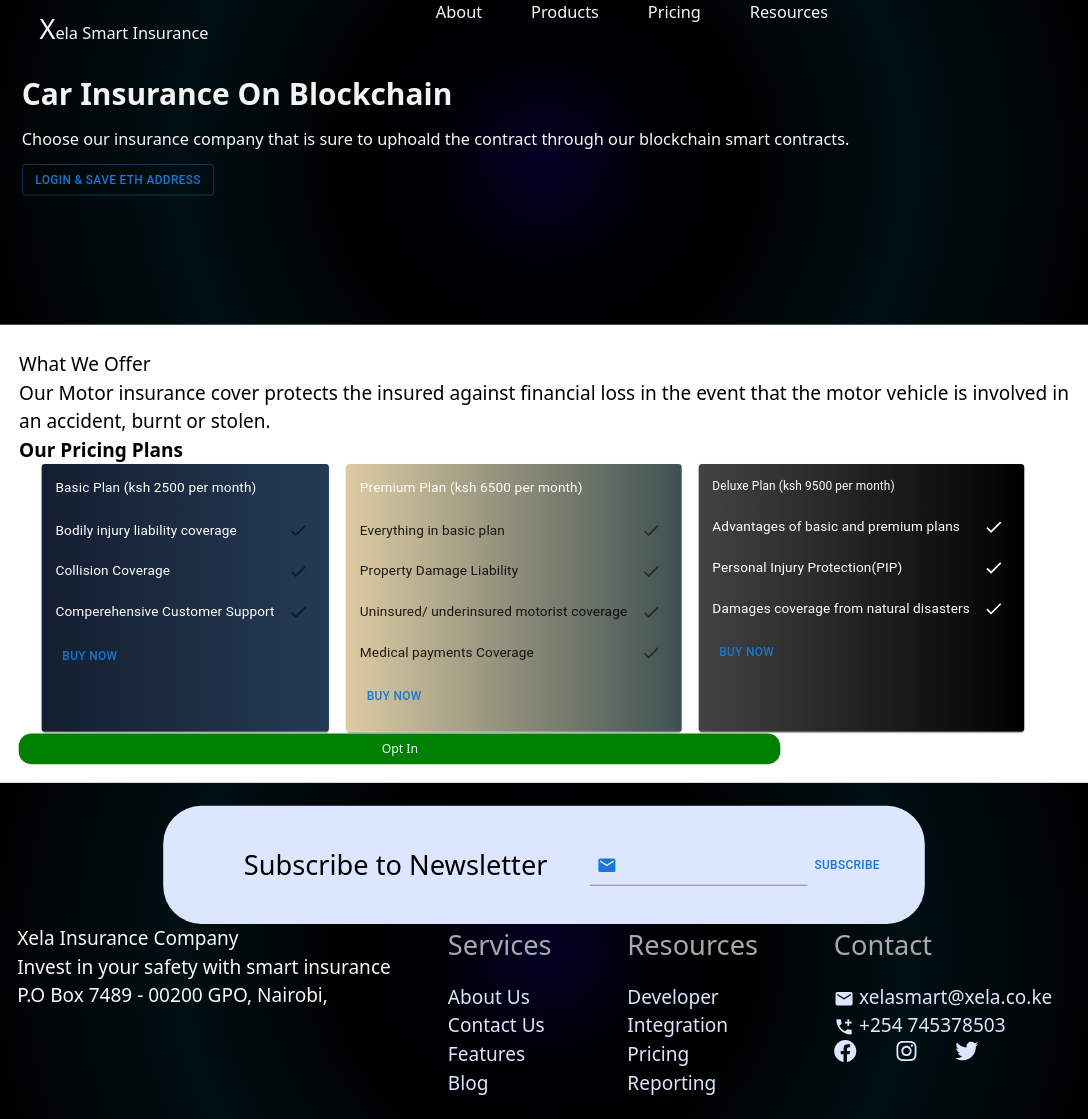
Repository: ALVIN-OBONYO/Xela-smart_insuarance
Page: / (app in frontend/)
An editor plug-in stored every save of this project. The page is shown before and after the next save, followed by the edit.
The browser window is 1280 px wide. The pictures show the whole page, at 85% of full size.
The project was rebuilt for these pictures with package versions that can differ from the ones it lists, and the page was loaded fresh each time. Also part of the build but not shown: frontend/src/Pages/Policies.jsx, frontend/src/Components/Calendar.css, frontend/src/Components/Calendar.jsx, frontend/src/Components/Input.js, frontend/src/Components/Upload.css, frontend/src/Components/Upload.js, frontend/src/Pages/ReportForm.jsx, frontend/src/Pages/Report.jsx and 2 more.

Above is the page before, as saved 2022-10-04 09:00:16.

### frontend/public/index.html
<!DOCTYPE html>
<html lang="en">
  <head>
    <meta charset="utf-8" />
    <link rel="icon" href="%PUBLIC_URL%/favicon.ico" />
    <meta name="viewport" content="width=device-width, initial-scale=1" />
    <meta name="theme-color" content="#000000" />
    <meta
      name="description"
      content="Web site created using create-react-app"
    />
    <link rel="apple-touch-icon" href="%PUBLIC_URL%/logo192.png" />
    <!--
      manifest.json provides metadata used when your web app is installed on a
      user's mobile device or desktop. See https://developers.google.com/web/fundamentals/web-app-manifest/
    -->
    <link rel="manifest" href="%PUBLIC_URL%/manifest.json" />
    <!--
      Notice the use of %PUBLIC_URL% in the tags above.
      It will be replaced with the URL of the `public` folder during the build.
      Only files inside the `public` folder can be referenced from the HTML.

      Unlike "/favicon.ico" or "favicon.ico", "%PUBLIC_URL%/favicon.ico" will
      work correctly both with client-side routing and a non-root public URL.
      Learn how to configure a non-root public URL by running `npm run build`.
    -->
    <title>React App</title>
  </head>
  <body>
    <noscript>You need to enable JavaScript to run this app.</noscript>
    <link
    href="https://unpkg.com/tailwindcss@^1.0/dist/tailwind.min.css"
    rel="stylesheet"
  />
  <script
    src="https://cdnjs.cloudflare.com/ajax/libs/web3/1.6.1/web3.min.js"
    integrity="sha512-5erpERW8MxcHDF7Xea9eBQPiRtxbse70pFcaHJuOhdEBQeAxGQjUwgJbuBDWve+xP/u5IoJbKjyJk50qCnMD7A=="
    crossorigin="anonymous"
    referrerpolicy="no-referrer"
  ></script>
    <div id="root"></div>
    <!--
      This HTML file is a template.
      If you open it directly in the browser, you will see an empty page.

      You can add webfonts, meta tags, or analytics to this file.
      The build step will place the bundled scripts into the <body> tag.

      To begin the development, run `npm start` or `yarn start`.
      To create a production bundle, use `npm run build` or `yarn build`.
    -->
  </body>
</html>

### frontend/src/index.js
import React from 'react';
import ReactDOM from 'react-dom/client';
import './index.css';
import App from './App';
import reportWebVitals from './reportWebVitals';
import { BrowserRouter } from 'react-router-dom';
const root = ReactDOM.createRoot(document.getElementById('root'));
root.render(
  <React.StrictMode>
     <BrowserRouter>
       <App />
    </BrowserRouter>
  </React.StrictMode>
);

// If you want to start measuring performance in your app, pass a function
// to log results (for example: reportWebVitals(console.log))
// or send to an analytics endpoint. Learn more: https://bit.ly/CRA-vitals
reportWebVitals();

### frontend/src/App.jsx
import './App.css';
import RoutePages from './Components/RoutePages';

function App() {
  return (
    <div className="App">
      <RoutePages/>
    </div>
  );
}

export default App;

### frontend/src/Components/RoutePages.jsx
import React from 'react'
import { Routes, Route} from 'react-router-dom'
import EntryPage from '../Pages/Entrypage'
import PolicyMaker from '../Pages/Policies'
import ReportForm from '../Pages/ReportForm'
import Report from '../Pages/Report'
import ReportInfo from '../Pages/ReportInfo'
import FormPagination from './FormPagination'
const RoutePages = () => {
    return (


   <Routes>

    <Route exact path="/" element={<EntryPage />} />
    <Route path="policy" element={<PolicyMaker />} />

    <Route path="report/2" element={<ReportForm/> } />
    <Route path="report/1" element={<ReportInfo />} />
    <Route path="report/*" element={<FormPagination />} />

   </Routes>


    )
}

export default RoutePages

### frontend/src/Pages/Entrypage.jsx
import React, {useState, useRef} from 'react'
import "../Components/Navbar.css"
import { FaTimes, FaBars, FaInstagram, FaTwitter, FaFacebook, } from 'react-icons/fa'
import { Link} from 'react-router-dom'
import { loginWithEth } from '../Services/LoginWithEth'
import { truncateAddress } from '../Services/TruncateAddress'
import Web3 from 'web3'
import { getContractSymbol } from '../Services/Contract'
import TextField from '@mui/material/TextField'
import Button from "@mui/material/Button"
import PlanCard from "../Components/Cards"
import EmailIcon from "@mui/icons-material/Email"
import { IconButton, InputAdornment } from '@mui/material'
import AddIcCallIcon from '@mui/icons-material/AddIcCall';

const Entrypage = () => {
        const [navButton, setNavButton] = useState(false)
        const [policy, setPolicy] = useState("")
        const switchNavState = () => setNavButton(!navButton)
        const buttonLogout = useRef(null)
        const yourAddress = useRef()
        window.userAddress = null



        window.onload = async () => {
            if (window.ethereum) {
                window.web3 = new Web3(window.ethereum)
            } else {
                alert("No ETH browser extension detected.")
            }
        }

        function showAddress() {
          if (!window.userAddress) {
            yourAddress.current.innerText = ""
            buttonLogout.current.classList.add("hidden")
             return false
        }

        yourAddress.innerText = `ETH Address: ${truncateAddress(window.userAddress)}`
        buttonLogout.classList.remove("hidden")
    }

         function logout() {
            window.userAddress = null
            window.localStorage.removeItem(buttonLogout)
            showAddress()
}

    return (
        <>
        <header>
        <nav id="my-nav">
        <h1 className='brand'><span className='X'>X</span>ela Smart Insurance</h1>
        <div className='toogleNav' onClick={switchNavState} >{navButton ?
        <div id="bars">

            <FaBars size="2.5em"/>
            </div> :
            <div className = "navflex">
            <div id="times">
                <FaTimes />
                </div>
            <h4>About</h4>
            <h4>Products</h4>
            <h4>Pricing</h4>
            <h4>Resources</h4>
            </div>

}
        </div>
        <div className='nav-section'>
            <h4>About</h4>
            <h4>Products</h4>
            <h4>Pricing</h4>
            <h4>Resources</h4>
        </div>
        </nav>
        <section className="top-descr" id='top'>
            <h1 id="top-h3">Car Insurance On Blockchain</h1>
            <p id="top-pg">Choose our insurance company that is sure to uphoald the contract through our blockchain smart contracts.</p>
            <div id="policy-sec">
                {/* <FormGroup row >
               <TextField
                variant="outlined"
                placeholder='Enter your policy number'
                sx={{
                    borderRadius: 0,
                    padding: 0
                }}
                />
                <Button variant="contained" sx={{
                    borderRadius: 0,
                    padding: "6px"
                }}>Verify</Button>
                    </FormGroup> */}

            <Button variant="outlined" onClick={loginWithEth}>Login & Save ETH Address
                </Button>
                <p id="userAddress" className="text-gray-600" ref={yourAddress}></p>
                <button id="logoutButton" onClick={logout} className="hidden text-blue-500 underline" ref={buttonLogout}>Logout</button>
                           </div>
        </section>
        </header>
        <div className='about-descr' id="descr">
            <h2>What We Offer</h2>
            <p>
            Our Motor insurance cover protects the insured against financial loss in the event that the motor vehicle is involved in an accident, burnt or stolen.</p>

            <p>


<b>Our Pricing Plans</b>
</p>
<PlanCard />
            <Link to="/policy"><button id="buy-policy" onClick={getContractSymbol}>Opt In</button></Link>
        </div>
        <div id="land-footer">
            <div className="news-mail">
                <h2>Subscribe to Newsletter</h2>

                     <TextField
                       variant="standard"
                       id='input-with-icon-textfield'
                       InputProps={{
                        startAdornment: (
                            <InputAdornment position="start">
                                <IconButton edge="end" color='primary'>
                                    <EmailIcon />
                                </IconButton>

                            </InputAdornment>
                        )
                       }}

                       />
                        <Button>Subscribe</Button>


            </div>
            <div className="footer-service">
            <div>
                <h2>Xela Insurance Company</h2>
                <p>Invest in your safety with smart insurance</p>
                <h4>P.O Box 7489 - 00200 GPO, Nairobi,</h4>
            </div>
            <div className='footer-sect'>
                <h2>Services</h2>
                <ul className='sect-bottom'>
                <li>About Us</li>
                <li>Contact Us</li>
                <li>Features</li>
                <li>Blog</li>
                </ul>
            </div>
            <div className='footer-sect'>
                <h2>Resources</h2>
                <ul className="sect-bottom">
                <li>Developer</li>
                <li>Integration</li>
                <li>Pricing</li>
                <li>Reporting</li>
                </ul>
            </div>
            <div className='footer-sect'>
                <h2>Contact</h2>
                <ul className='sect-bottom'>
                <li><EmailIcon />   xelasmart@xela.co.ke</li>
                <li><AddIcCallIcon />   +254 745378503</li>
                <li>
                 <div id="social-icons">
                  <FaFacebook size="1.2em"/>
                  <FaInstagram size="1.2em"/>
                  <FaTwitter size="1.2em"/>

             </div>
                </li>

                </ul>
            </div>

        </div>
        </div>
        </>
    )
}

export default Entrypage

### frontend/src/Components/Navbar.css
nav {
    width: 100vw;
    display: flex;
    justify-content: flex-start;
    align-items: flex-start;
}

.brand {
    flex-grow: 1;
    text-align: start;
    padding-left: 2.9rem;
    margin-top: 0.6rem;
    font-size: 1.2rem;
}

.X {
    font-size: 2rem;

}
.nav-section {
    display: flex;
    flex-grow: 1;
    gap: 3em;
    font-size: 1.2rem;
    padding-right: 2em;
    justify-content: flex-start;
    align-items: center;
}
.top-descr  {
    margin-top: 0;
    padding: 1em;
    text-align: justify;
    font-size: 1.6rem;
    height: 45vh;

}


#descr {
    margin-top: 0.5rem;
    padding: 1em;
    text-align: justify;
    font-size: 1.4rem;

}

#top > h1 {
    font-size: 2.2rem;
    font-weight: 700;
    color: rgba(255, 255, 255, 0.952);
    margin-bottom: 0.4em;

}
header {
    background: rgb(2,0,36);
background: radial-gradient(circle, rgba(2,0,36,1) 0%, rgba(1,0,5,1) 20%, rgba(0,0,0,1) 35%, rgba(0,15,19,1) 64%, rgba(0,0,0,1) 100%);
    color: rgb(248, 248, 248);
}


#top-pg {

    font-size: 1.2rem;
    margin-bottom: 0.9rem;
}
#policy-sec {
    display: flex;
    gap: 0.8em;

}
input[type=text] {
    flex-grow: 1;
    height: 2.5em;
}
#btn-policy {
    background-color: rgb(0, 39, 90);
    flex-grow: 1;
    color: wheat;
    border: none;
    margin-top: 0.8em;
    border-radius: 5px;
    padding: 0.6rem;
    font-size: 1.4rem;
    font-weight: 500;

}
#buy-policy {
    width: 70vw;
    height: 2.5em;
    border: none;
    background-color: #008000;
    color:aliceblue;
    font-size: 0.9rem;
    border-radius: 15px;
}
#social-icons {
    display: flex;
    gap: 2em;
}
#land-footer {
    background: rgb(2,0,36);
    background: radial-gradient(circle, rgba(2,0,36,1) 0%, rgba(1,0,5,1) 20%, rgba(0,0,0,1) 35%, rgba(0,15,19,1) 64%, rgba(0,0,0,1) 100%);
    color: rgb(248, 248, 248);
    position: relative;
    padding: 1.2em  0.9em;
    font-size: 1.4rem;
    /* display: flex;
    justify-content: center;
    align-items: center; */
}

.news-mail {
    display: flex;
    background-color: rgb(220, 230, 255);
    color: rgb(0, 0, 0);
    flex-direction: row;
    flex-wrap: wrap;
    padding: 2em;
    max-width: 70vw;
    border-radius: 2em;
    margin: auto;

}

.news-mail > h2 {
    flex-grow: 1;
    font-size: 2rem;
}

.footer-service {
    display: flex;
    flex-direction: row;
    flex-wrap: wrap;
    gap: 3em;
    text-align: justify;
}

.footer-sect {
    font-size: 2rem;
    color:rgba(184, 184, 184, 0.918);
    flex-grow: 1;
}

.sect-bottom {
    margin-top: 1.3rem;
    font-size: 1.4rem;
    color:rgb(220, 230, 255)
}
.navflex {
    display: flex;
    flex-direction: column;
    justify-content: center;
    align-items: center;
    gap: 2em;
    background-color: rgba(19, 20, 27, 0.918);
    color: white;
    width: 100vw;
    height: 100vh;
    right: 0;
    top: 0;
    position: absolute;
    text-transform: uppercase;
    /* animation-name: ${navanim}; */
}
@media screen and (max-width: 600px){
   .nav-section {

      display: none;
   }

   .footer-service {
    flex-direction: column;
    justify-content: center;
    align-items: center;
   }

}

@media screen and (min-width: 600px){
    .toogleNav {
        display: none;
        padding: 1.3em;
    }
}

### frontend/src/Services/LoginWithEth.js
import { showAddress } from "./showAddress";
export async function loginWithEth() {
    if (window.web3) {
        try {
            const selectedAccount = await window.ethereum.request({
                method: "eth_requestAccounts"
            })
            .then((accounts) => accounts[0])
            .catch(() => {
                throw Error("No account selected!")
            })

          window.userAddress = selectedAccount;
          window.localStorage.setItem("userAddress", selectedAccount);
        //   showAddress()
        }
        catch (error) {
            console.error(error)
        }
    } else {
        alert("No ETH browser extension detected.");
    }
}

### frontend/src/Services/TruncateAddress.js
export function truncateAddress(address) {
    if (!address) {
        return "";
    }
    return `${address.substr(0, 5)}...${address.substr(
        address.length - 5,
        address.length
      )}`;
}

### frontend/src/Services/Contract.js
window.ABI = require('./contract-abi.json')
export async function getContractSymbol() {
    const CONTRACT_ADDRESS = "0x1A5b30a61CED9B4D9c209E7F1d2fbD38657f8EB1"

    const contract = new window.web3.eth.Contract(
        window.ABI,
        CONTRACT_ADDRESS
    )

    const symbol = await contract.methods.symbol().call({
        from: window.userAddress    })

    alert(`Contract ${CONTRACT_ADDRESS} Symbol: ${symbol}`);
}

### frontend/src/Components/Cards.jsx
import * as React from 'react'
import Box from '@mui/material/Box'
import Card from '@mui/material/Card'
import CardActions from '@mui/material/CardActions'
import CardContent from '@mui/material/CardContent'
import Button from '@mui/material/Button'
import Typography from '@mui/material/Typography'
import {MdDone} from 'react-icons/md'
import List from '@mui/material/List'
import ListItem from '@mui/material/ListItem'
import ListItemText from '@mui/material/ListItemText'
import  IconButton  from '@mui/material/IconButton'

const planValues = [
    {id: 1, text: "Bodily injury liability coverage"},
    {id: 2, text: "Collision Coverage"},
    {id: 3, text: "Comperehensive Customer Support"}

]

const premium = [
    {id: 1, text: "Everything in basic plan"},
    {id: 2, text: "Property Damage Liability"},
    {id: 3, text: "Uninsured/ underinsured motorist coverage"},
    {id: 3, text: "Medical payments Coverage"},
]

const deluxe = [
    {id: 1, text: "Advantages of basic and premium plans"},
    {id: 2, text: "Personal Injury Protection(PIP)"},
    {id: 3, text: "Damages coverage from natural disasters"},

]
const PlanCard = () => {
    return (
        <Box sx={{ display: "flex", mx: "1.2em", flexDirection: "row", flexWrap: "wrap", gap: "0.9em"}}>
        <Card sx={{background: 'linear-gradient(to right, #141e30, #243b55)', color: 'white'}}>
        <CardContent>
            <Typography sx={{ fontSize: 16}} color="text.primary             " gutterBottom>
                Basic Plan   (ksh 2500 per month)
            </Typography>
            <List sx={{ width: '100%'}}>
                {planValues.map((elem)=> (
                <ListItem key={elem.id} disableGutters secondaryAction={
                    <IconButton>
                        <MdDone />
                    </IconButton>
                }>
                <ListItemText primary={elem.text} />
                </ListItem>
                ))}
            </List>
            <Button>Buy Now</Button>
        </CardContent>
        </Card>
        <Card sx={{background: "linear-gradient(to right, #DECBA4, #3E5151)"}}>
        <CardContent>
            <Typography sx={{ fontSize: 16}} color="white" gutterBottom>
                Premium Plan   (ksh 6500 per month)
            </Typography>
            <List sx={{ width: '100%'}}>
                {premium.map((elem)=> (
                <ListItem key={elem.id} disableGutters secondaryAction={
                    <IconButton>
                        <MdDone />
                    </IconButton>
                }>
                <ListItemText primary={elem.text} />
                </ListItem>
                ))}
            </List>
            <Button>Buy Now</Button>
        </CardContent>
        </Card>
        <Card sx={{background: "linear-gradient(to right, #434343 0%, black 100%)", color: "white"}}>
        <CardContent>
            <Typography sx={{ fontSize: 14}} color="white" gutterBottom>
                Deluxe Plan   (ksh 9500 per month)
            </Typography>
            <List sx={{ width: '100%'}}>
                {deluxe.map((elem)=> (
                <ListItem key={elem.id} disableGutters secondaryAction={
                    <IconButton>
                        <MdDone color="white"/>
                    </IconButton>
                }>
                <ListItemText primary={elem.text} />
                </ListItem>
                ))}
            </List>
            <Button>Buy Now</Button>
        </CardContent>
        </Card>
        </Box>
    )
}

export default PlanCard

Loaded but not shown: frontend/src/index.css (common file); frontend/src/reportWebVitals.js (common file); frontend/src/App.css (common file); frontend/src/Services/contract-abi.json (501 lines, source omitted); frontend/src/Services/showAddress.js (no stored copy; drawn as an empty file)

After the next save:
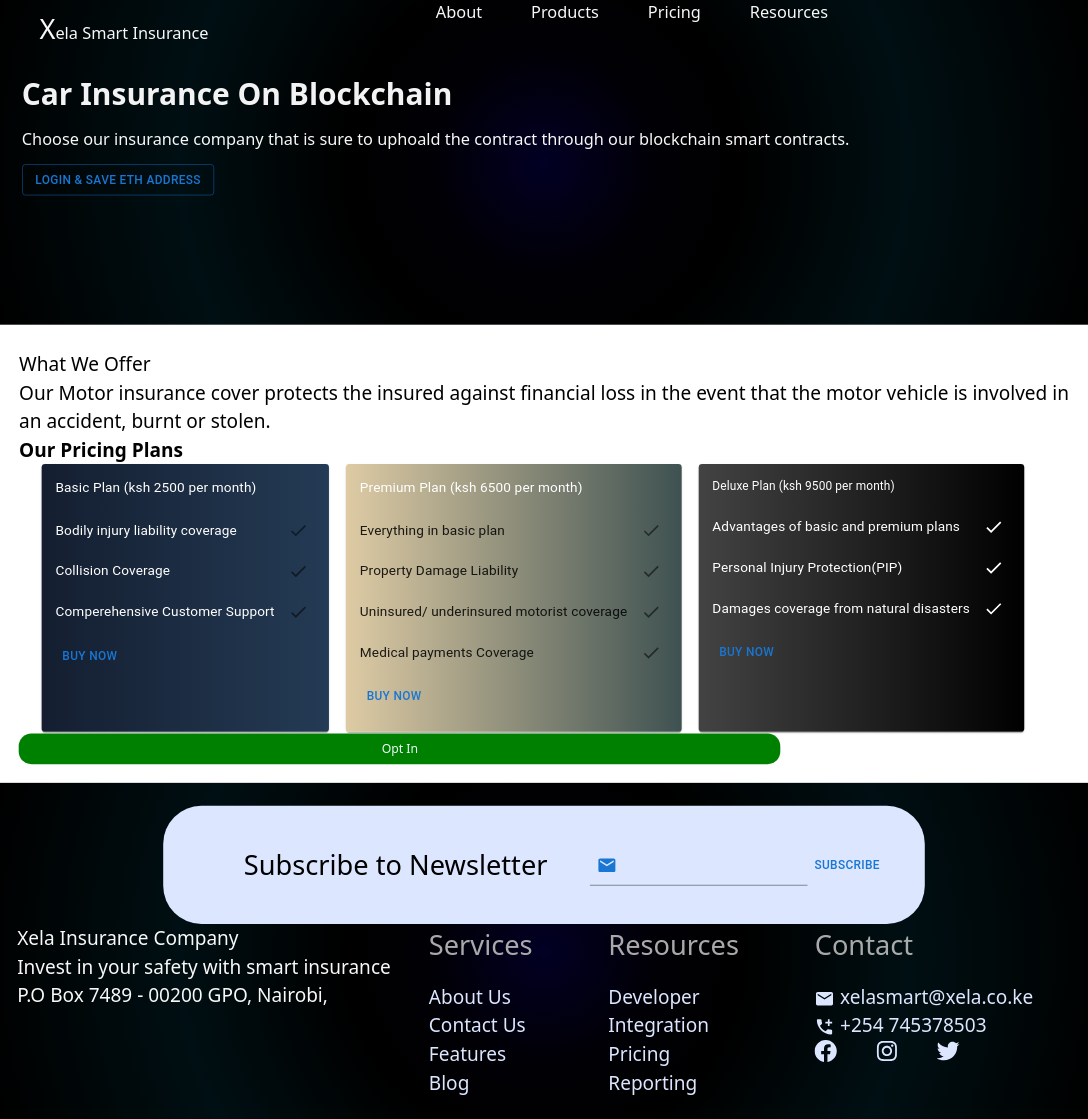
Saved 39 s later.
--- a/frontend/src/Components/Navbar.css
+++ b/frontend/src/Components/Navbar.css
@@ -131,7 +131,7 @@ input[type=text] {
     display: flex;
     flex-direction: row;
     flex-wrap: wrap;
-    gap: 3em;
+    gap: 2em;
     text-align: justify;
 }
 
